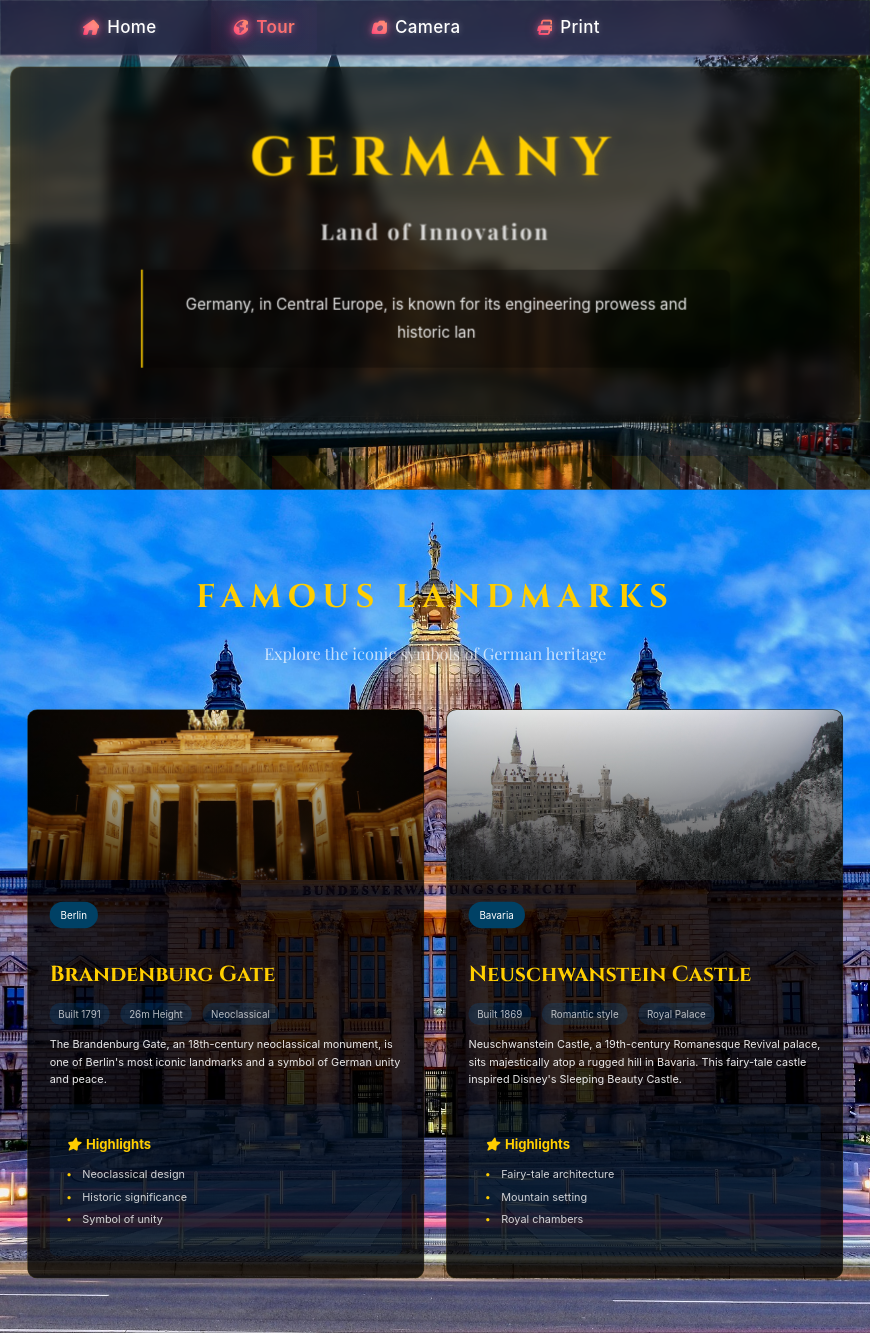
Repository: huang-heavenly-Emperor/NewYork
Page: Germany.html
An editor plug-in stored every save of this project. The page is shown before and after the next save, followed by the edit.
The browser window is 1280 px wide. The pictures show the whole page, at 68% of full size.

Above is the page before, as saved 2025-02-19 16:59:13.

After the next save:
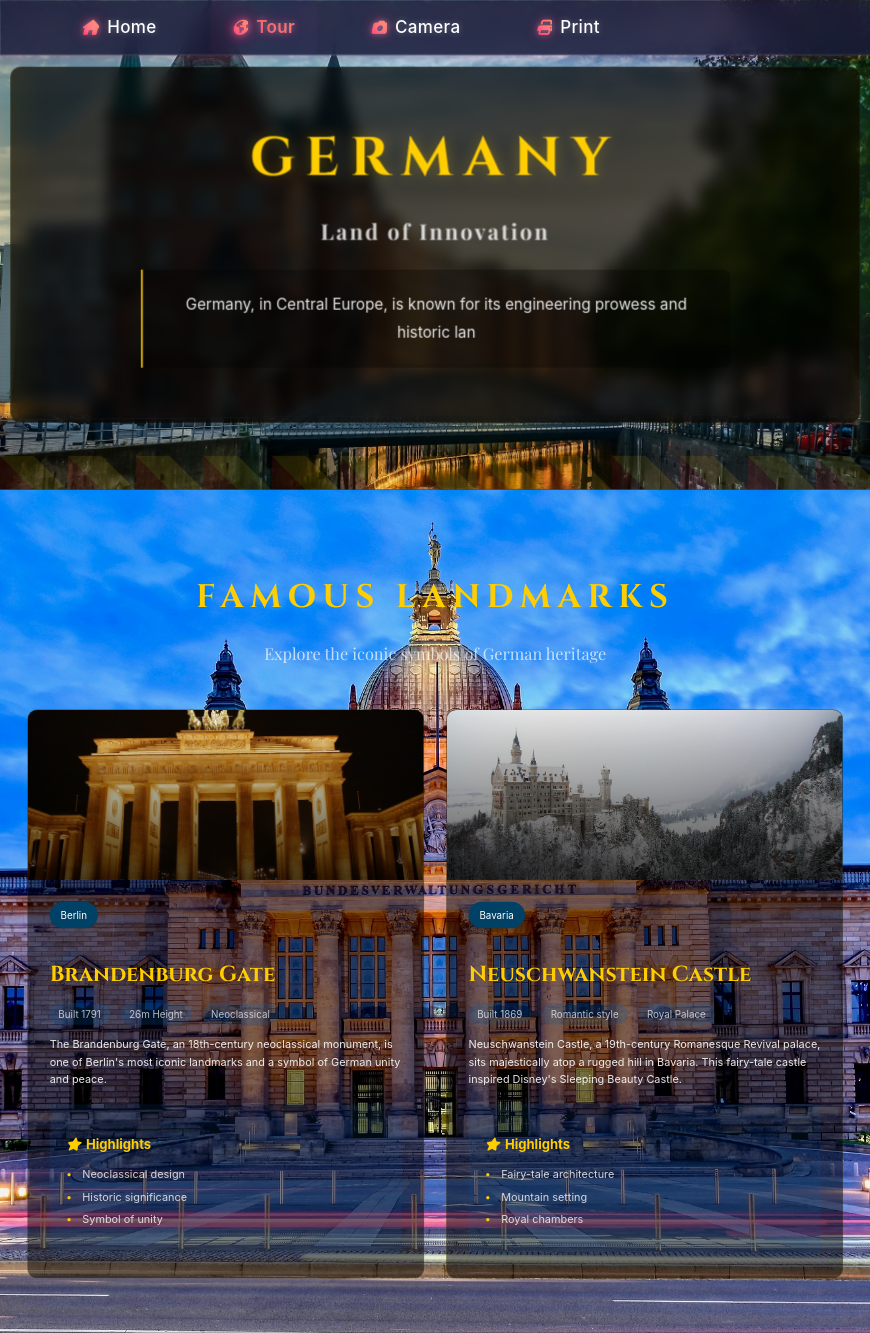
Saved 66 s later.
--- a/css/germany.css
+++ b/css/germany.css
@@ -200,7 +200,7 @@ a {
 }
 
 .landmark-card {
-    background: rgba(0, 0, 0, 0.8);
+    background: rgba(0, 0, 0, 0.5);
     border-radius: 15px;
     overflow: hidden;
     transition: all 0.3s ease;
